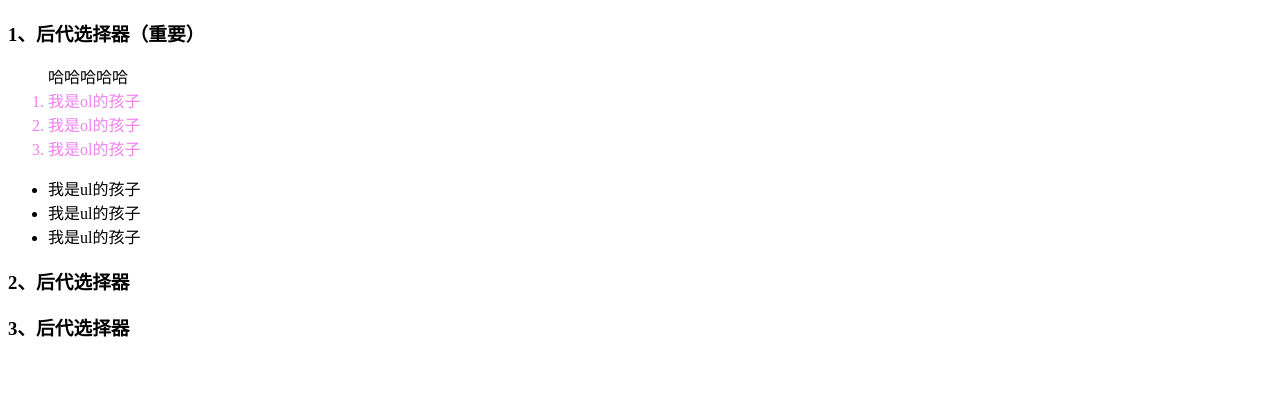
Repository: zhengdeya/web-based
Page: 19-CSS复合选择器.html
The author's editor kept a copy of each file at every save. The page is drawn from the files as they stood at one save, then again after the next save.
The browser window is 1280 px wide. The pictures show the whole page.

Above is the page before, as saved 2021-03-28 17:23:24.

After the next save:
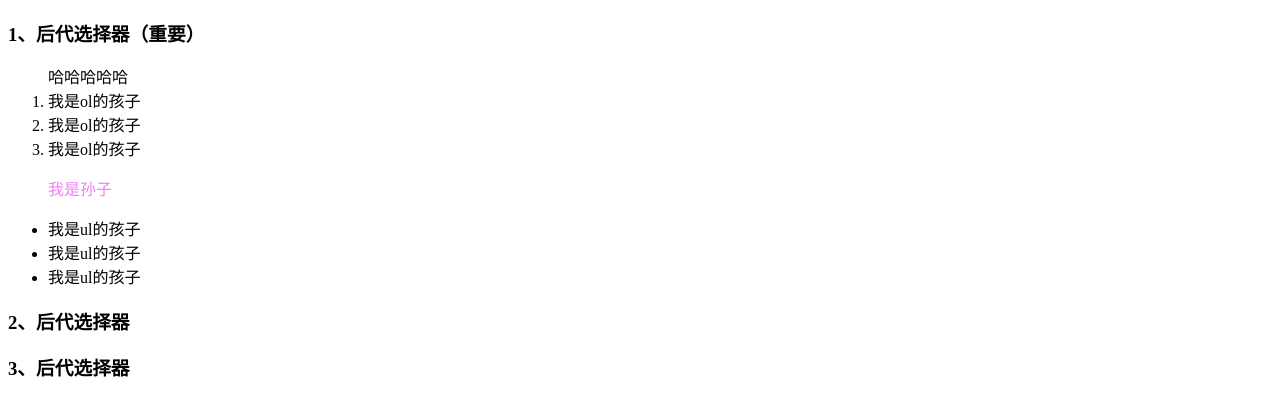
Saved 49 s later.
--- a/19-CSS复合选择器.html
+++ b/19-CSS复合选择器.html
@@ -8,7 +8,7 @@
     <title>CSS复合选择器</title>
     <style>
         /* 1、后代选择器（重要） */
-        ol li {
+        ol li p {
             color: violet;
         }
     </style>
@@ -21,7 +21,9 @@
             哈哈哈哈哈
             <li>我是ol的孩子</li>
             <li>我是ol的孩子</li>
-            <li>我是ol的孩子</li>
+            <li>我是ol的孩子
+                <p>我是孙子</p>
+            </li>
         </ol>
         <ul>
             <li>我是ul的孩子</li>
